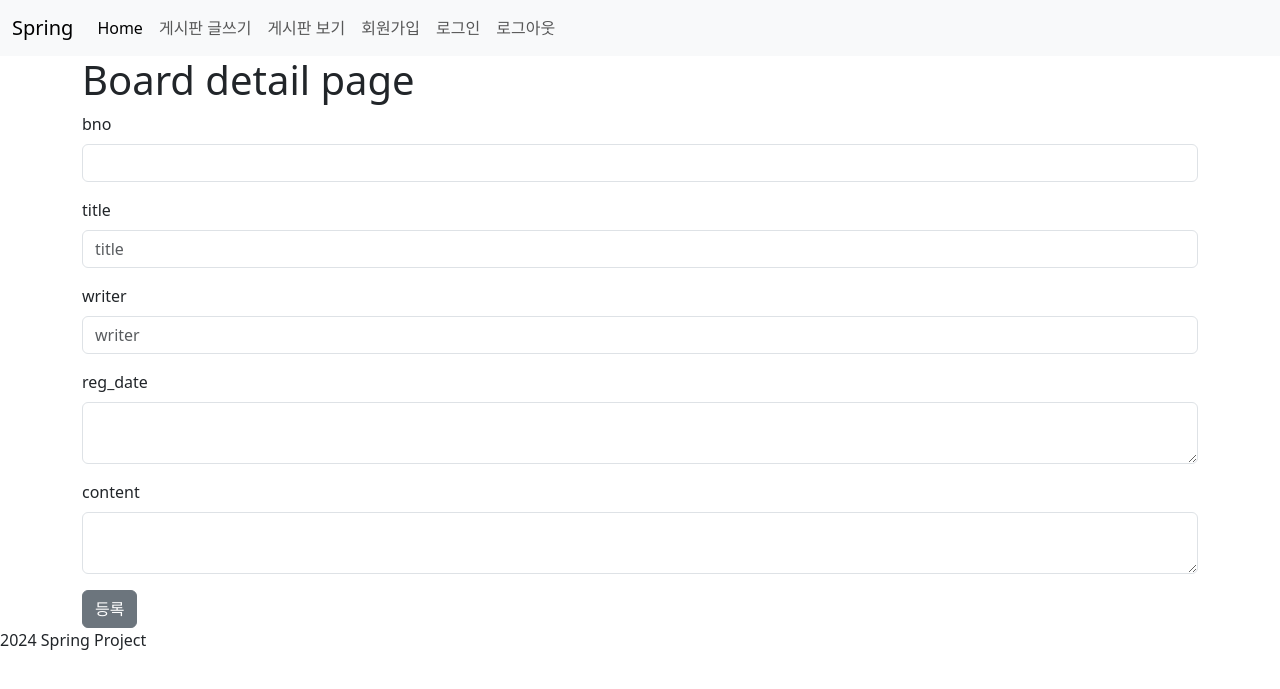
Repository: kimnoanoa/springTest240430
Page: http://localhost/spring_study/WEB-INF/views/board/detail.jsp
These files come from the project's save history. The page is drawn as it stood at one moment and after the next save; the edit follows.
The browser window is 1280 px wide. The pictures show the whole page.
The page is served by Tomcat 9. Nobody is signed in. The template is opened directly, without the code that normally fills it, so the values that code supplies are empty.

Above is the page before, as saved 2024-04-24 05:47:56.

After the next save:
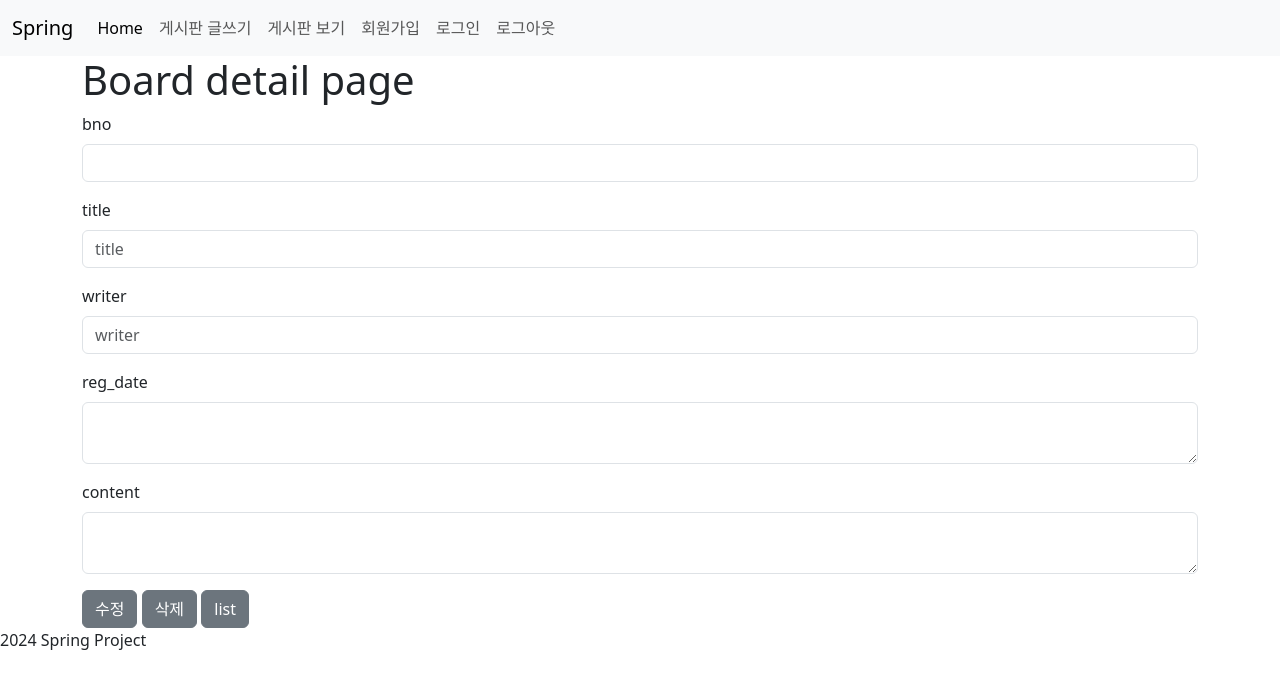
Saved 42 s later.
--- a/spring_study/src/main/webapp/WEB-INF/views/board/detail.jsp
+++ b/spring_study/src/main/webapp/WEB-INF/views/board/detail.jsp
@@ -24,7 +24,9 @@
 			   <label for="c" class="form-label">content</label>
 			  <textarea class="form-control" id="c" aria-label="With textarea" name="content"></textarea>
 			</div>
-			<button type="submit" class="btn btn-secondary">등록</button>
+			<button type="submit" class="btn btn-secondary">수정</button>
+			<button type="submit" class="btn btn-secondary">삭제</button>
+			<button type="submit" class="btn btn-secondary">list</button>
 
 	</div>
 
